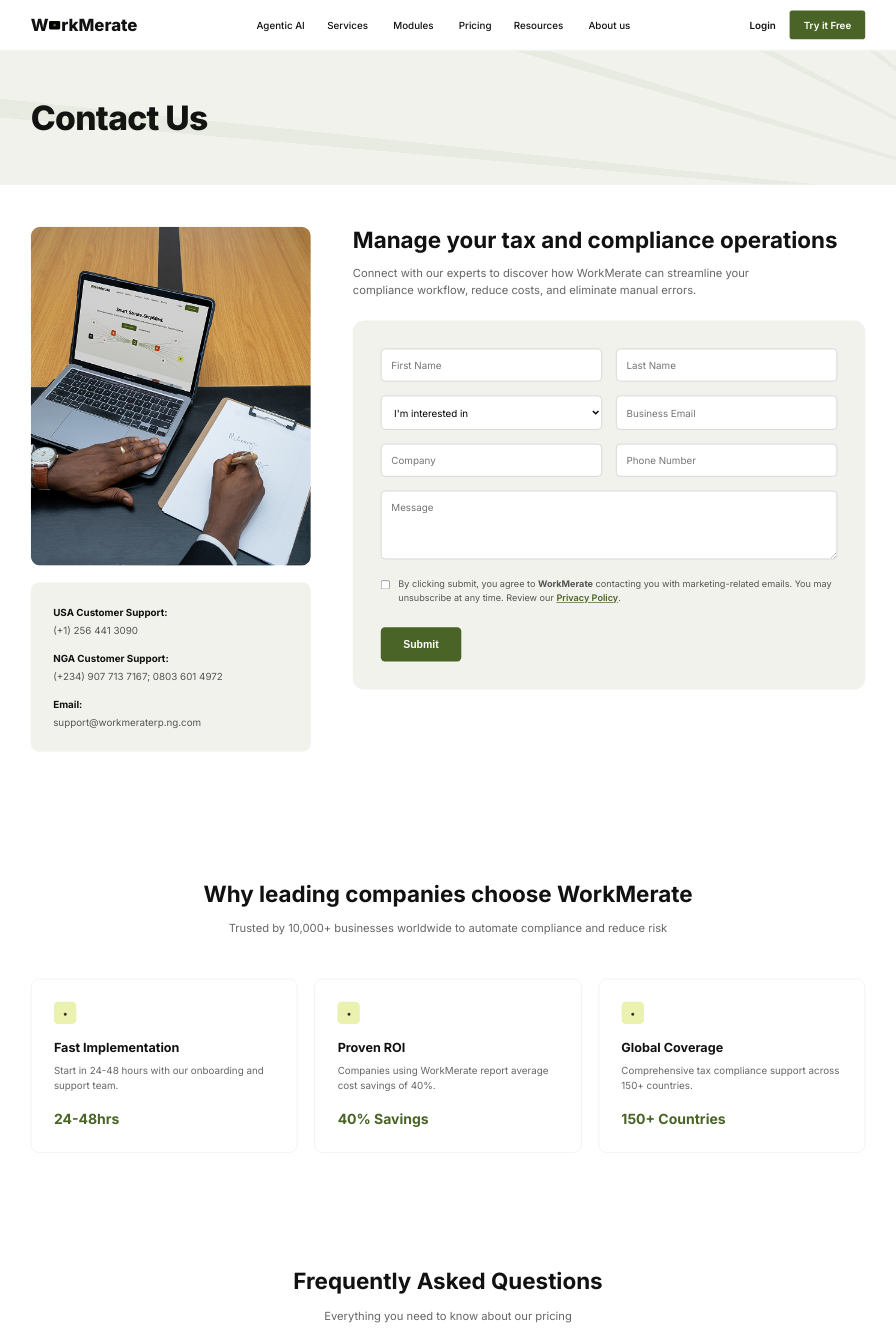
Repository: AYANO-EMMANUEL/workmerate
Page: contact-us.html
The author's editor kept a copy of each file at every save. The page is drawn from the files as they stood at one save, then again after the next save.
The browser window is 1280 px wide. The pictures show the part of the page from y = 0 to 1920 px (the page is 3012 px tall), at 70% of full size.

Above is the page before, as saved 2026-02-02 15:24:52.

After the next save:
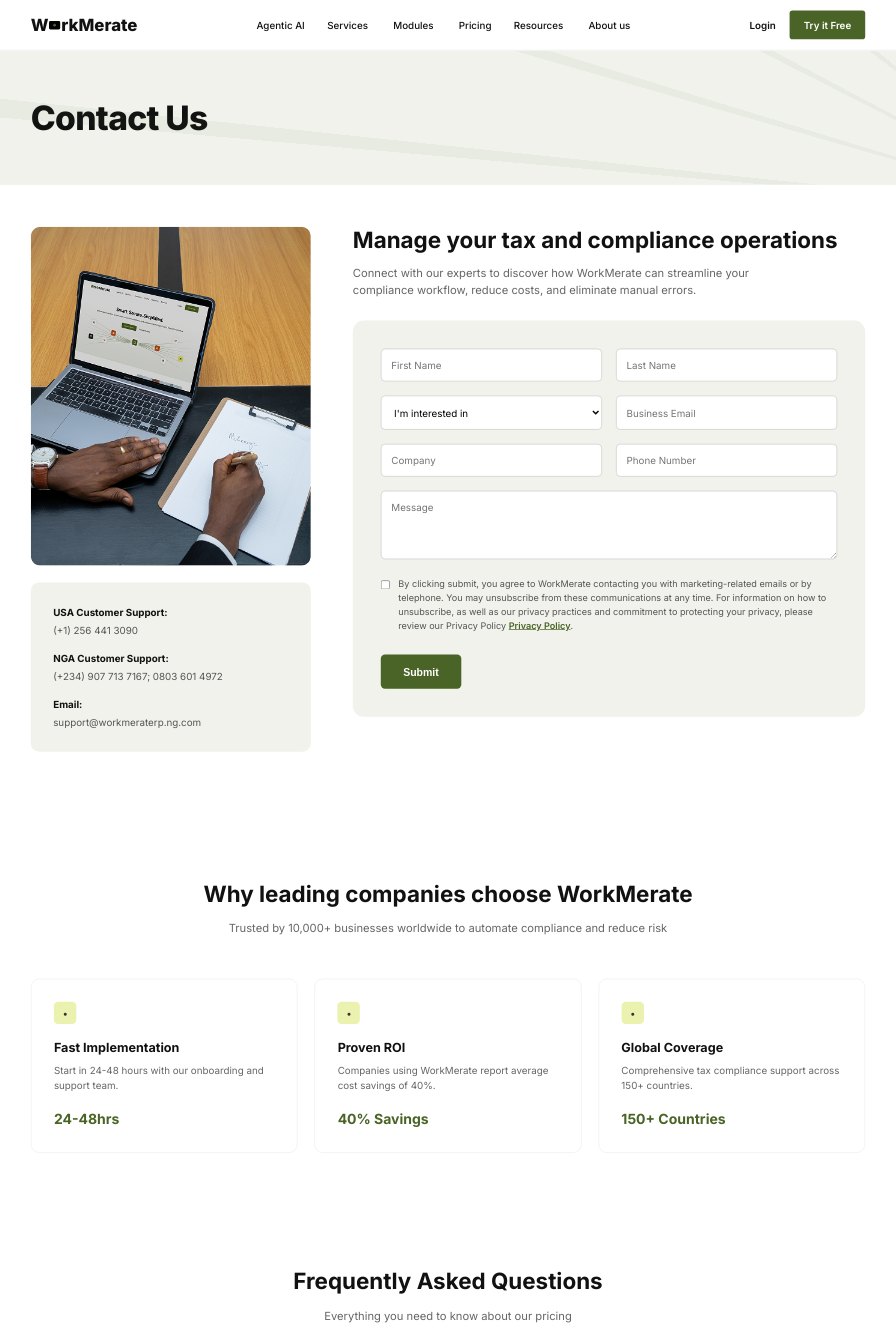
Saved 72 s later.
--- a/contact-us.html
+++ b/contact-us.html
@@ -90,7 +90,7 @@
                         <div class="form-checkbox">
                             <input type="checkbox" id="consent">
                             <label for="consent">
-                                By clicking submit, you agree to <strong>WorkMerate</strong> contacting you with marketing-related emails. You may unsubscribe at any time. Review our <a href="#">Privacy Policy</a>.
+                                By clicking submit, you agree to WorkMerate contacting you with marketing-related emails or by telephone. You may unsubscribe from these communications at any time. For information on how to unsubscribe, as well as our privacy practices and commitment to protecting your privacy, please review our Privacy Policy <a href="#">Privacy Policy</a>.
                             </label>
                         </div>
 
